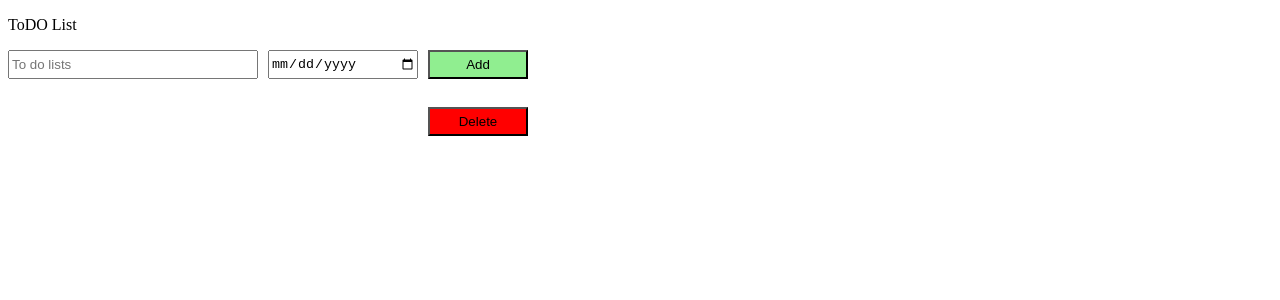
Repository: pgyunknown/ToDo-List
Page: index.html
These files come from the project's save history. The page is drawn as it stood at one moment and after a run of saves; the edit follows.
The browser window is 1280 px wide. The pictures show the whole page.

Above is the page before, as saved 2024-08-29 20:50:44.

After the next 2 saves:
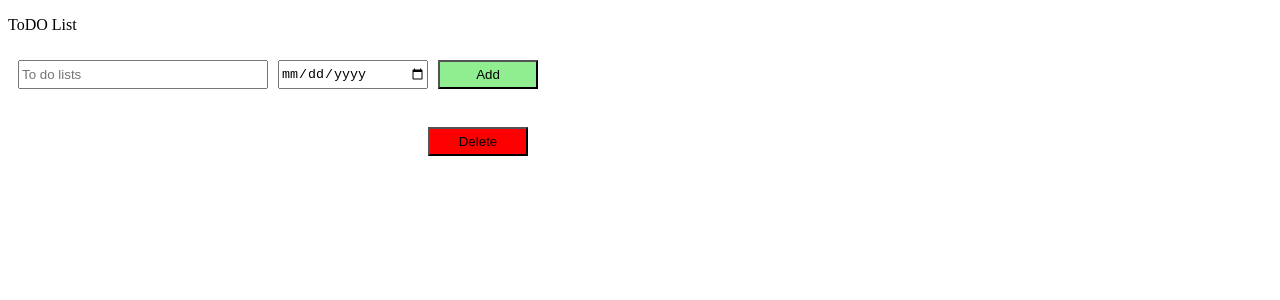
The 2 saves are shown as one change because they came seconds apart.
The last was saved 19 s later.
--- a/index.css
+++ b/index.css
@@ -10,6 +10,7 @@
   grid-template-columns: 250px 150px 100px;
   column-gap: 10px;
   row-gap: 10px;
+  padding: 10PX;
 }
 
 .add-b{
